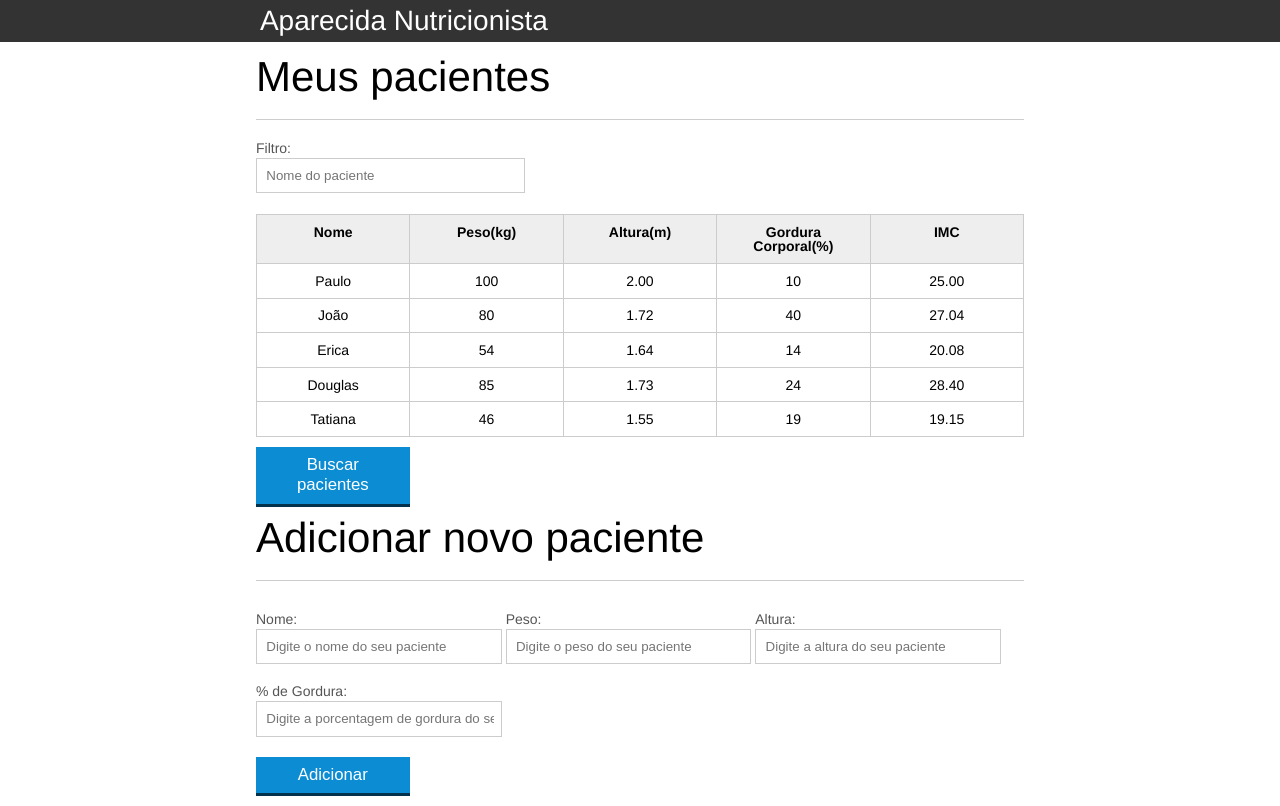
Repository: GabbLps/Controle-de-Clientes-Alura
Page: index.html
The author's editor kept a copy of each file at every save. The page is drawn from the files as they stood at one save, then again after the next save.
The browser window is 1280 px wide. The pictures show the whole page.

Above is the page before, as saved 2022-05-16 11:38:04.

After the next save:
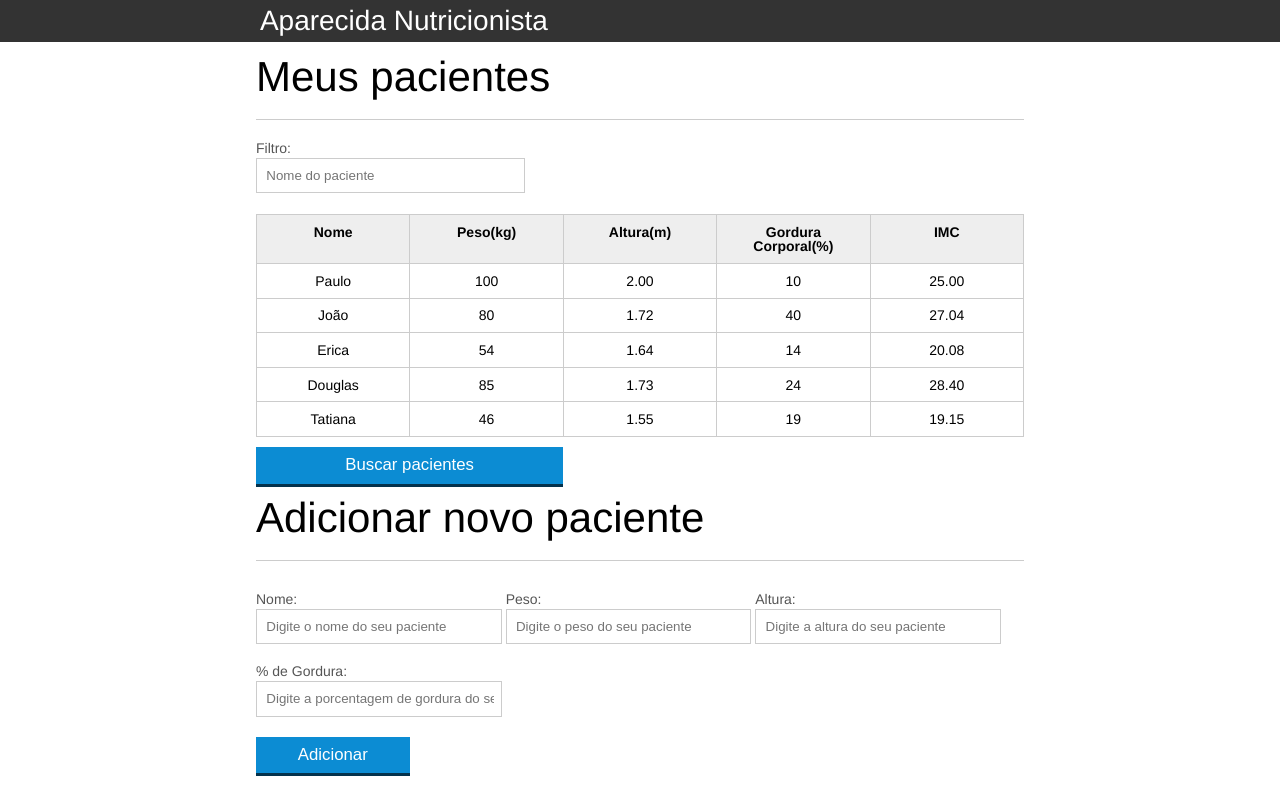
Saved 79 s later.
--- a/css/index.css
+++ b/css/index.css
@@ -56,6 +56,10 @@ table{
 	margin-bottom : .5em;
     table-layout: fixed;
 	margin-top: 1.5em;
+}
+
+#buscar-paciente {
+	width: 40%;
 }
 
 td, th {
